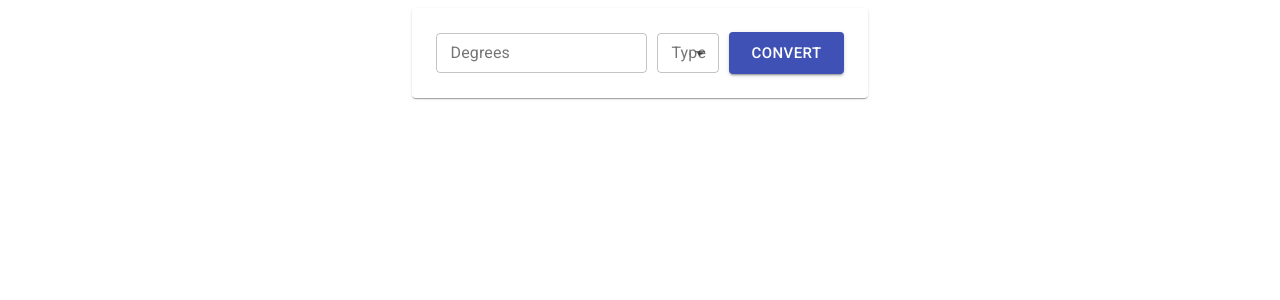
Repository: zum281/temperature-converter
Page: /
An editor plug-in stored every save of this project. The page is shown before and after the next save, followed by the edit.
The browser window is 1280 px wide. The pictures show the whole page.
The project was rebuilt for these pictures with package versions that can differ from the ones it lists, and the page was loaded fresh each time. Also part of the build but not shown: src/index.css.

Above is the page before, as saved 2021-07-09 13:42:19.

After the next save:
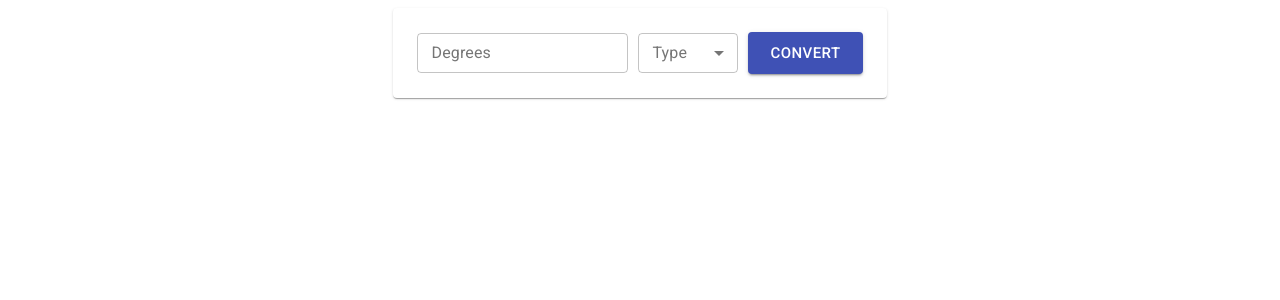
Saved 29 s later.
--- a/src/App.js
+++ b/src/App.js
@@ -18,6 +18,9 @@ const useStyles = makeStyles((theme) => {
             alignItems: "center",
             justifyContent: "center",
             gap: "10px",
+        },
+        select: {
+            minWidth: "100px",
         },
     };
 });
@@ -46,6 +49,7 @@ function App() {
 
                         variant="outlined"
                         size="small"
+                        className={classes.select}
                     >
                         {types.map((option) => (
                             <MenuItem key={option.value} value={option.value}>
